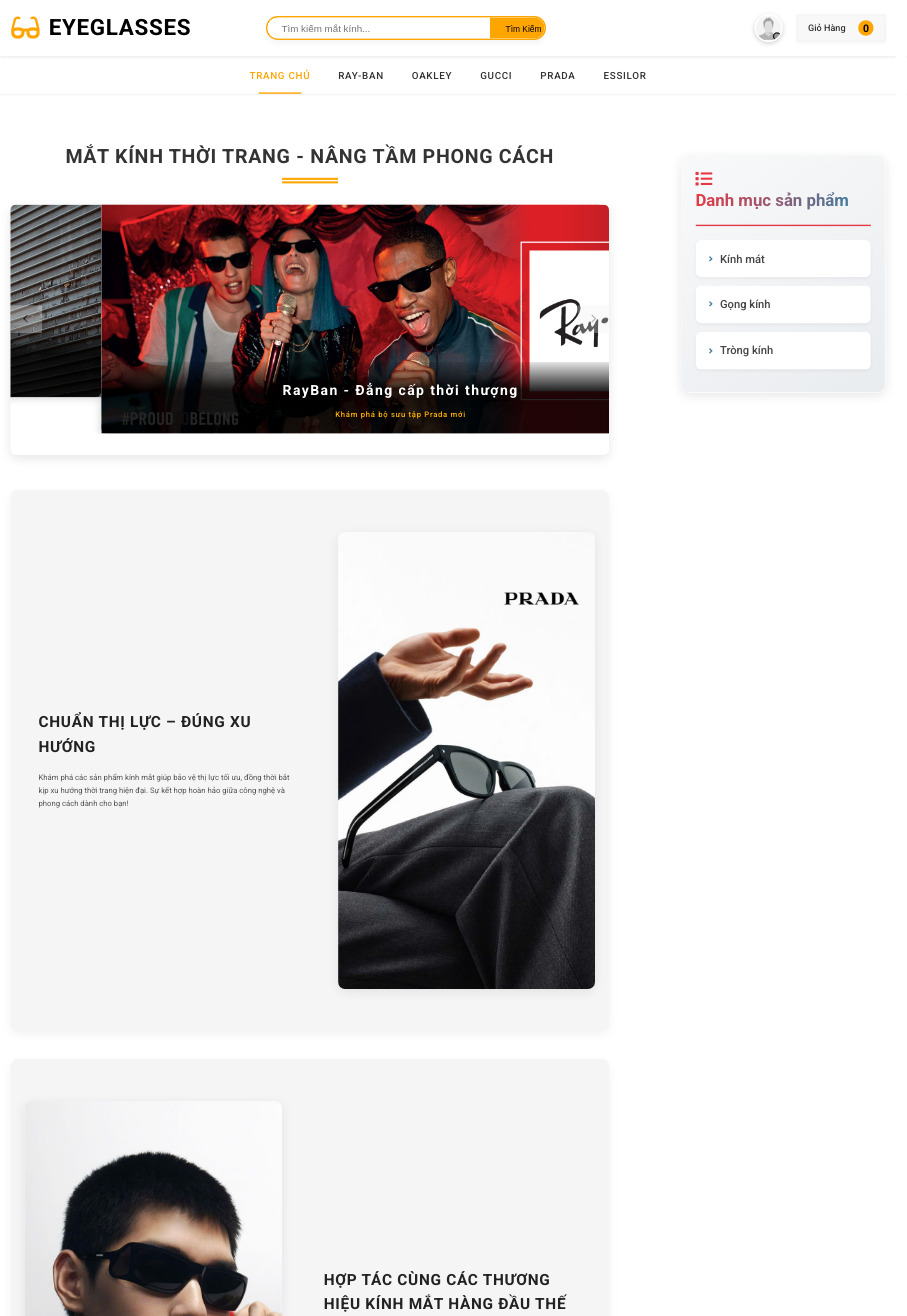
Repository: Giau-svg/glasses-store
Page: http://localhost/index.php?man_page=2
The author's editor kept a copy of each file at every save. The page is drawn from the files as they stood at one save, then again after the next save.
The browser window is 1280 px wide. The page is 1295 px wide, so the pictures cover 1295 px, including what lies to the right of the window. The pictures show the part of the page from y = 0 to 1880 px (the page is 3168 px tall before and 3115 px after), at 70% of full size.
Some web libraries are served in a nearby version. The page is run by PHP 8.4 with error messages shown; the project is at /var/www/html/. The database holds what the project's SQL file puts in it.

Above is the page before, as saved 2025-05-08 13:40:48.
Console error: ReferenceError: $ is not defined

After the next save:
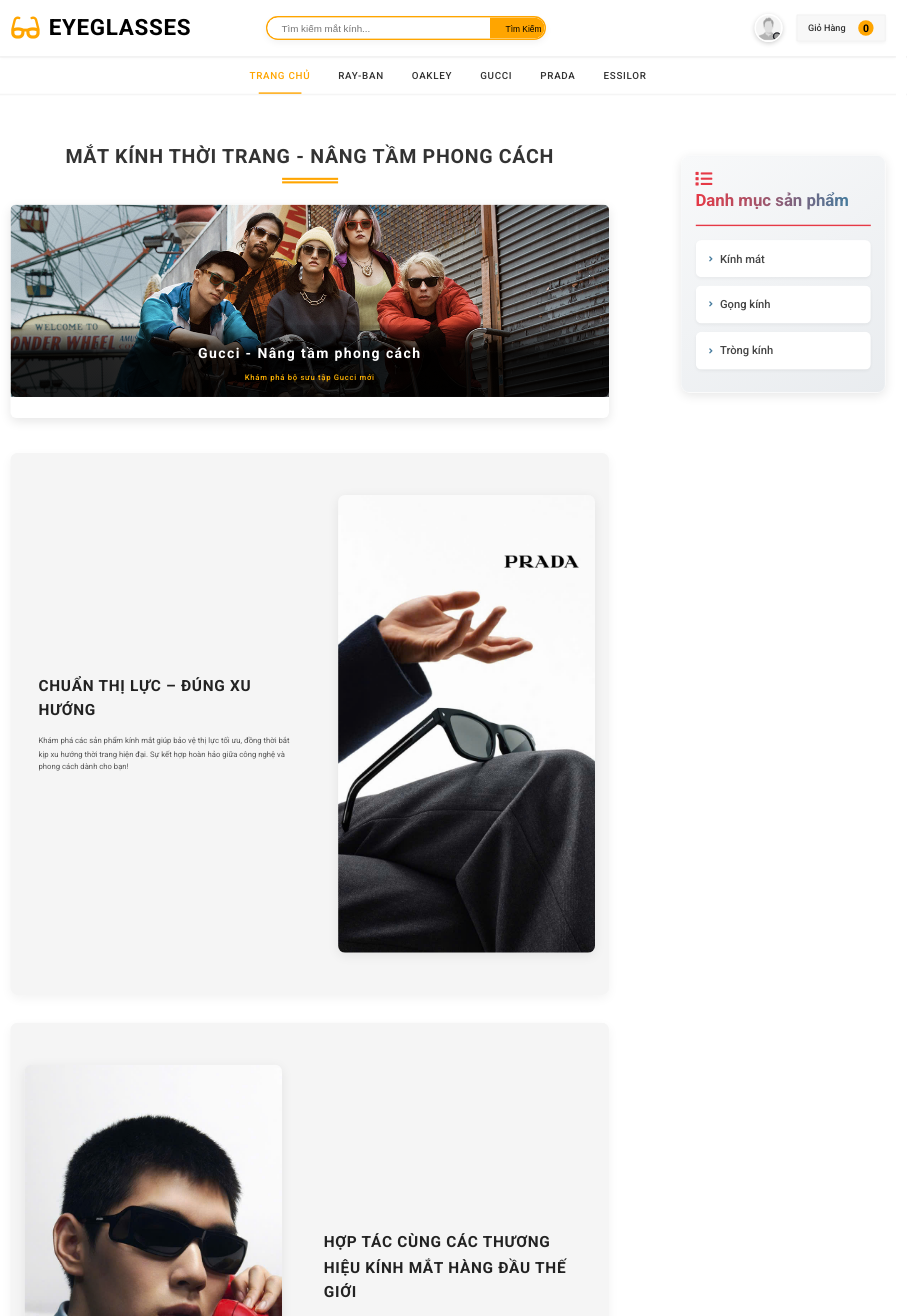
Saved 63 s later.
--- a/partials/slider.php
+++ b/partials/slider.php
@@ -18,15 +18,6 @@
                 <div class="slider-caption">
                     <h3>Gucci - Nâng tầm phong cách</h3>
                     <p>Khám phá bộ sưu tập Gucci mới</p>
-                </div>
-            </a>
-        </div>
-        <div class="brands-img__wrap">
-            <a href="view_brand.php?id=1" class="brands__img">
-                <img src="public/img/Matkinh-Rayban.jpg" alt="Prada Slide 1">
-                <div class="slider-caption">
-                    <h3>RayBan - Đẳng cấp thời thượng</h3>
-                    <p>Khám phá bộ sưu tập Prada mới</p>
                 </div>
             </a>
         </div>
